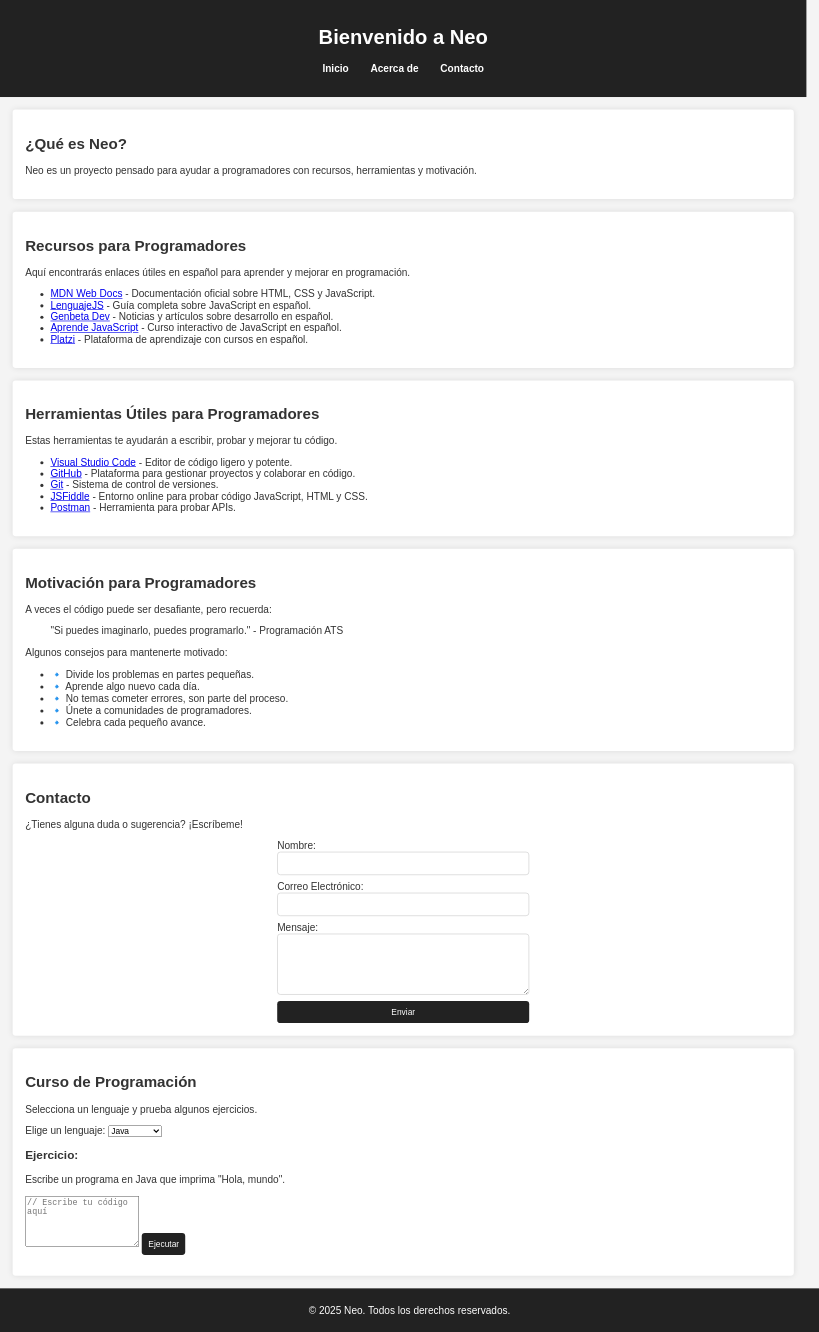
Repository: TapZc/getya_proyect
Page: index.html
An editor plug-in stored every save of this project. The page is shown before and after the next save, followed by the edit.
The browser window is 1280 px wide. The page is 1300 px wide, so the pictures cover 1300 px, including what lies to the right of the window. The pictures show the whole page, at 63% of full size.

Above is the page before, as saved 2025-02-21 07:27:52.

### index.html
<!DOCTYPE html>
<html lang="es">
<head>
    <meta charset="UTF-8">
    <meta name="viewport" content="width=device-width, initial-scale=1.0">
    <title>Neo</title>
    <link rel="stylesheet" href="styles.css">
</head>

<script>
    function ejecutarCodigo() {
        let codigo = document.getElementById("codigo").value;
        let resultado = document.getElementById("resultado");

        // Por ahora, solo mostramos el código ingresado (simulación)
        resultado.textContent = "Código ingresado:\n" + codigo;
    }
</script>


<body>
    <header>
        <h1>Bienvenido a Neo</h1>
        <nav>
            <ul>
                <li><a href="#">Inicio</a></li>
                <li><a href="#">Acerca de</a></li>
                <li><a href="#">Contacto</a></li>
            </ul>
        </nav>
    </header>

    <section>
        <h2>¿Qué es Neo?</h2>
        <p>Neo es un proyecto pensado para ayudar a programadores con recursos, herramientas y motivación.</p>
    </section>

    <section>
        <h2>Recursos para Programadores</h2>
        <p>Aquí encontrarás enlaces útiles en español para aprender y mejorar en programación.</p>
        <ul>
            <li><a href="https://developer.mozilla.org/es/" target="_blank">MDN Web Docs</a> - Documentación oficial sobre HTML, CSS y JavaScript.</li>
            <li><a href="https://lenguajejs.com/" target="_blank">LenguajeJS</a> - Guía completa sobre JavaScript en español.</li>
            <li><a href="https://www.genbeta.com/desarrollo" target="_blank">Genbeta Dev</a> - Noticias y artículos sobre desarrollo en español.</li>
            <li><a href="https://aprendejavascript.org/" target="_blank">Aprende JavaScript</a> - Curso interactivo de JavaScript en español.</li>
            <li><a href="https://platzi.com/" target="_blank">Platzi</a> - Plataforma de aprendizaje con cursos en español.</li>
        </ul>
    </section>

    <section>
        <h2>Herramientas Útiles para Programadores</h2>
        <p>Estas herramientas te ayudarán a escribir, probar y mejorar tu código.</p>
        <ul>
            <li><a href="https://code.visualstudio.com/" target="_blank">Visual Studio Code</a> - Editor de código ligero y potente.</li>
            <li><a href="https://github.com/" target="_blank">GitHub</a> - Plataforma para gestionar proyectos y colaborar en código.</li>
            <li><a href="https://git-scm.com/" target="_blank">Git</a> - Sistema de control de versiones.</li>
            <li><a href="https://jsfiddle.net/" target="_blank">JSFiddle</a> - Entorno online para probar código JavaScript, HTML y CSS.</li>
            <li><a href="https://www.postman.com/" target="_blank">Postman</a> - Herramienta para probar APIs.</li>
        </ul>
    </section>

    <section>
        <h2>Motivación para Programadores</h2>
        <p>A veces el código puede ser desafiante, pero recuerda:</p>
        <blockquote>
            "Si puedes imaginarlo, puedes programarlo." - Programación ATS
        </blockquote>
        <p>Algunos consejos para mantenerte motivado:</p>
        <ul>
            <li>🔹 Divide los problemas en partes pequeñas.</li>
            <li>🔹 Aprende algo nuevo cada día.</li>
            <li>🔹 No temas cometer errores, son parte del proceso.</li>
            <li>🔹 Únete a comunidades de programadores.</li>
            <li>🔹 Celebra cada pequeño avance.</li>
        </ul>
    </section>

    <section>
        <h2>Contacto</h2>
        <p>¿Tienes alguna duda o sugerencia? ¡Escríbeme!</p>
        <form action="#" method="post">
            <label for="nombre">Nombre:</label>
            <input type="text" id="nombre" name="nombre" required>

            <label for="email">Correo Electrónico:</label>
            <input type="email" id="email" name="email" required>

            <label for="mensaje">Mensaje:</label>
            <textarea id="mensaje" name="mensaje" rows="5" required></textarea>

            <button type="submit">Enviar</button>
        </form>
    </section>

    <section>
        <h2>Curso de Programación</h2>
        <p>Selecciona un lenguaje y prueba algunos ejercicios.</p>

        <!-- Selector de lenguaje -->
        <label for="lenguaje">Elige un lenguaje:</label>
        <select id="lenguaje">
            <option value="java">Java</option>
            <option value="python">Python</option>
            <option value="javascript">JavaScript</option>
        </select>

        <!-- Ejercicio a resolver -->
        <div id="ejercicio">
            <h3>Ejercicio:</h3>
            <p>Escribe un programa en Java que imprima "Hola, mundo".</p>
        </div>

        <!-- Cuadro para escribir código -->
        <textarea id="codigo" rows="5" placeholder="// Escribe tu código aquí"></textarea>

        <!-- Botón para ejecutar -->
        <button onclick="ejecutarCodigo()">Ejecutar</button>

        <!-- Resultado de la ejecución -->
        <pre id="resultado"></pre>
    </section>


    <footer>
        <p>&copy; 2025 Neo. Todos los derechos reservados.</p>
    </footer>
</body>
</html>

### styles.css
/* Estilos generales */
body {
    font-family: Arial, sans-serif;
    margin: 0;
    padding: 0;
    background-color: #f4f4f4;
    color: #333;
}

/* Estilo del encabezado */
header {
    background-color: #222;
    color: white;
    padding: 20px;
    text-align: center;
}

/* Menú de navegación */
nav ul {
    list-style: none;
    padding: 0;
}

nav ul li {
    display: inline;
    margin: 0 15px;
}

nav ul li a {
    color: white;
    text-decoration: none;
    font-weight: bold;
}

/* Secciones */
section {
    padding: 20px;
    background: white;
    margin: 20px;
    border-radius: 5px;
    box-shadow: 0px 0px 10px rgba(0, 0, 0, 0.1);
}

/* Estilo del formulario */
form {
    display: flex;
    flex-direction: column;
    max-width: 400px;
    margin: auto;
}

form input, form textarea {
    margin-bottom: 10px;
    padding: 10px;
    border: 1px solid #ccc;
    border-radius: 5px;
}

button {
    background-color: #222;
    color: white;
    padding: 10px;
    border: none;
    border-radius: 5px;
    cursor: pointer;
}

/* Pie de página */
footer {
    text-align: center;
    padding: 10px;
    background-color: #222;
    color: white;
    position: relative;
    bottom: 0;
    width: 100%;
}

After the next save:
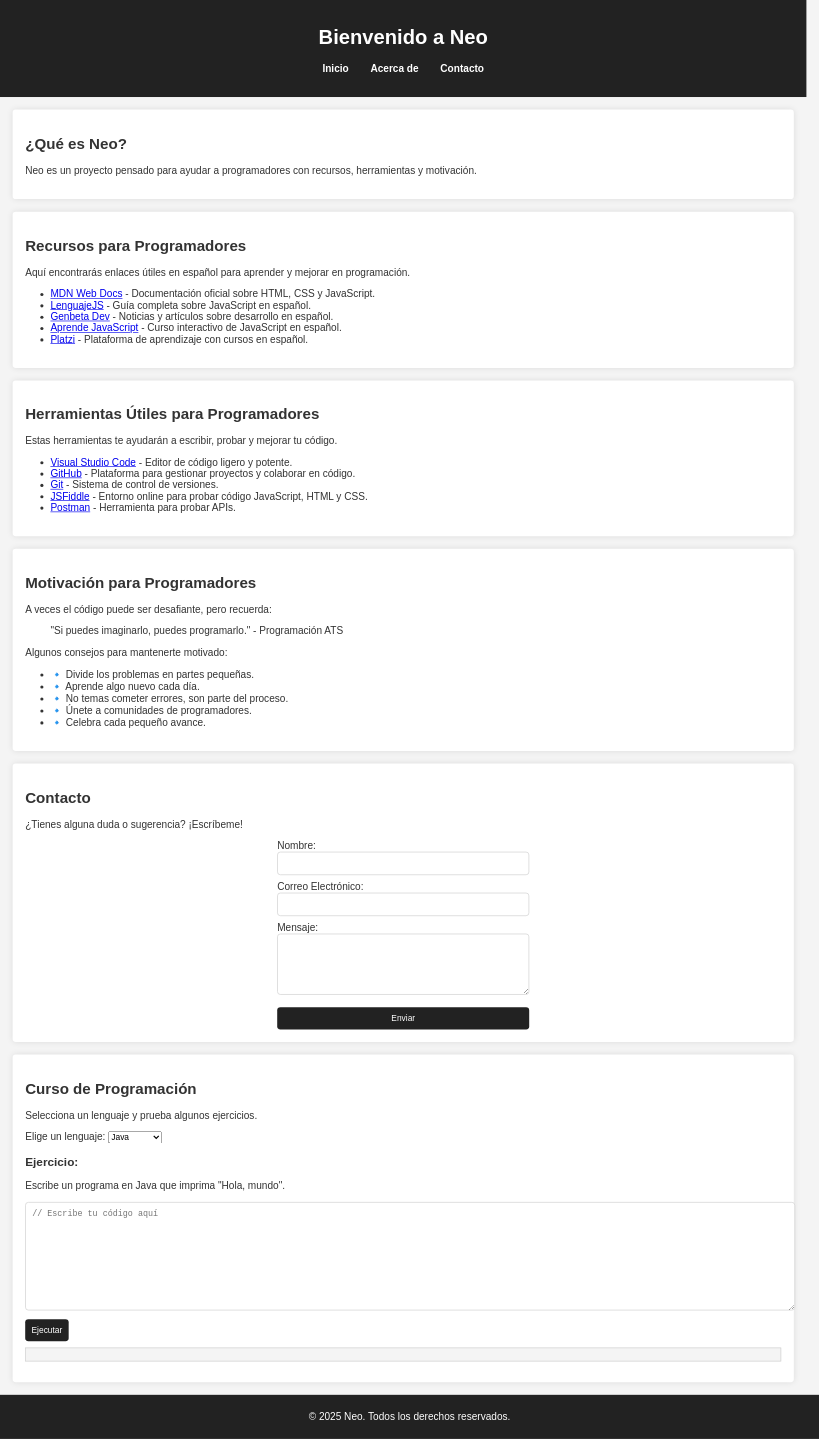
Saved 22 s later.
--- a/styles.css
+++ b/styles.css
@@ -75,3 +75,30 @@ footer {
     bottom: 0;
     width: 100%;
 }
+
+/* Sección de cursos */
+#codigo {
+    width: 100%;
+    height: 150px;
+    font-family: monospace;
+    padding: 10px;
+    border: 1px solid #ccc;
+    border-radius: 5px;
+}
+
+button {
+    background-color: #222;
+    color: white;
+    padding: 10px;
+    border: none;
+    border-radius: 5px;
+    cursor: pointer;
+    margin-top: 10px;
+}
+
+#resultado {
+    background-color: #f4f4f4;
+    padding: 10px;
+    border: 1px solid #ccc;
+    margin-top: 10px;
+}
